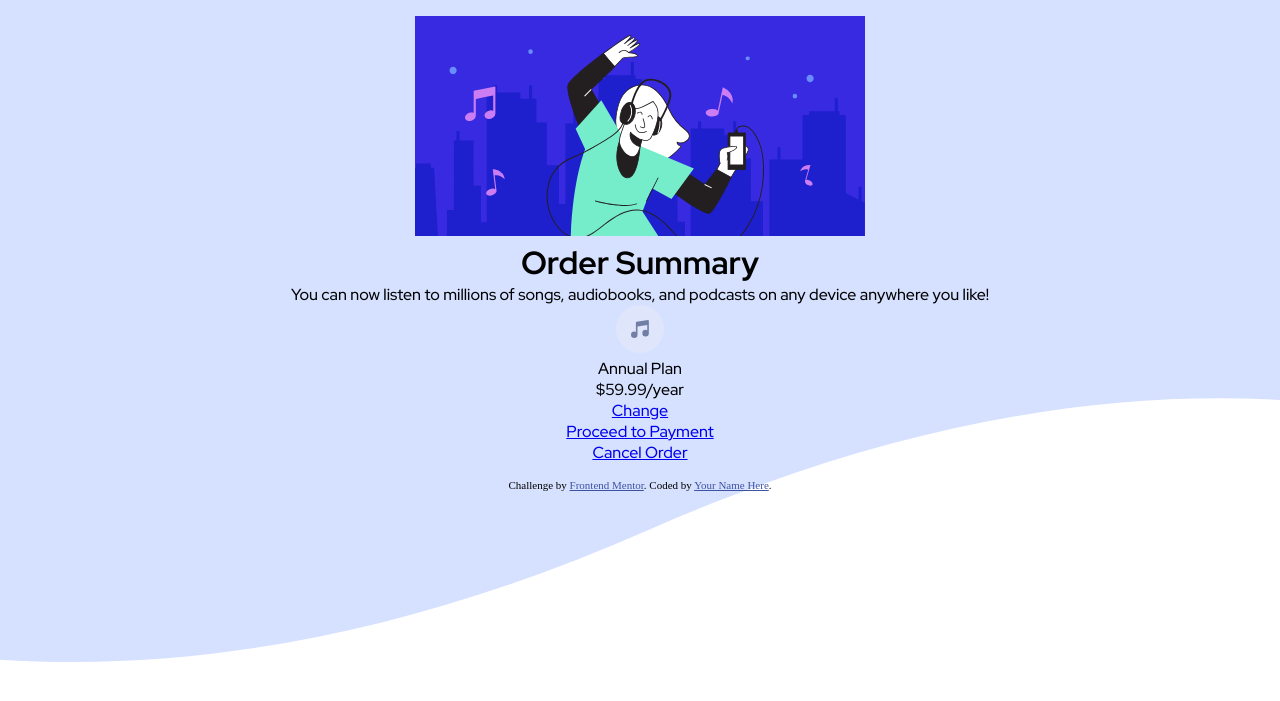
Repository: DejV44/order-summary-frontend
Page: index.html
An editor plug-in stored every save of this project. The page is shown before and after the next save, followed by the edit.
The browser window is 1280 px wide. The pictures show the whole page.
The style sheet was rebuilt from its Sass, Less or Tailwind sources for each picture, by a compiler version that may differ from the author's.

Above is the page before, as saved 2021-08-12 19:55:06.

After the next save:
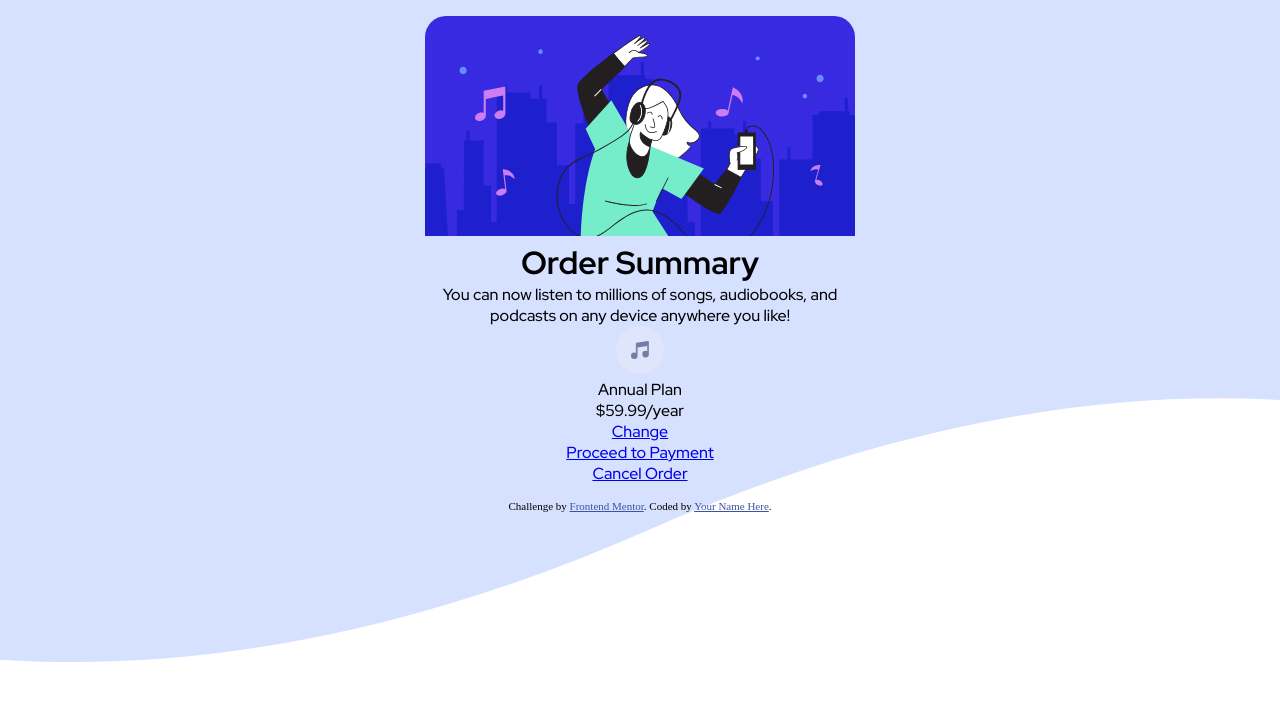
Saved 21 s later.
--- a/css/_mixins.scss
+++ b/css/_mixins.scss
@@ -9,7 +9,7 @@
 }
 
 @mixin container {
-    //max-width: 450px;
+    max-width: 430px;
     margin: 1em auto;
     text-align: center;
     overflow: hidden;
